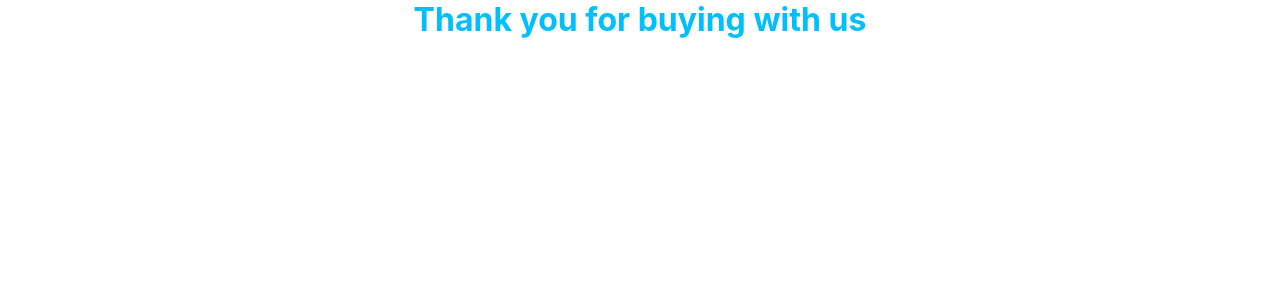
Repository: Yowani24/ecocarbon
Page: /successPage
The author's editor kept a copy of each file at every save. The page is drawn from the files as they stood at one save, then again after a run of saves.
The browser window is 1280 px wide. The pictures show the whole page.
The project was rebuilt for these pictures with package versions that can differ from the ones it lists, and the page was loaded fresh each time. The framework's server and built-in components were replaced by stand-ins that run in the browser. Also part of the build but not shown: next.config.js.

Above is the page before, as saved 2021-09-29 20:21:22.

After the next 2 saves:
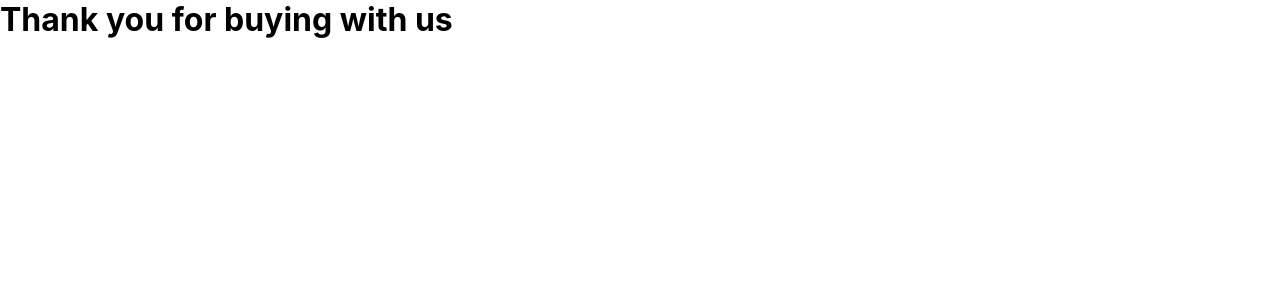
The 2 saves are shown as one change because 1 did not build or start.
The last was saved 14 min 23 s later.
--- a/pages/successPage.js
+++ b/pages/successPage.js
@@ -3,13 +3,8 @@ import styled from 'styled-components';
 
 export default function successPage(props) {
     return (
-        <Thankyou>
+        <div>
             <h1>Thank you for buying with us</h1>
-        </Thankyou>
+        </div>
     );
 }
-
-const Thankyou = styled.div`
-    color: deepskyblue;
-    text-align:center;
-`
